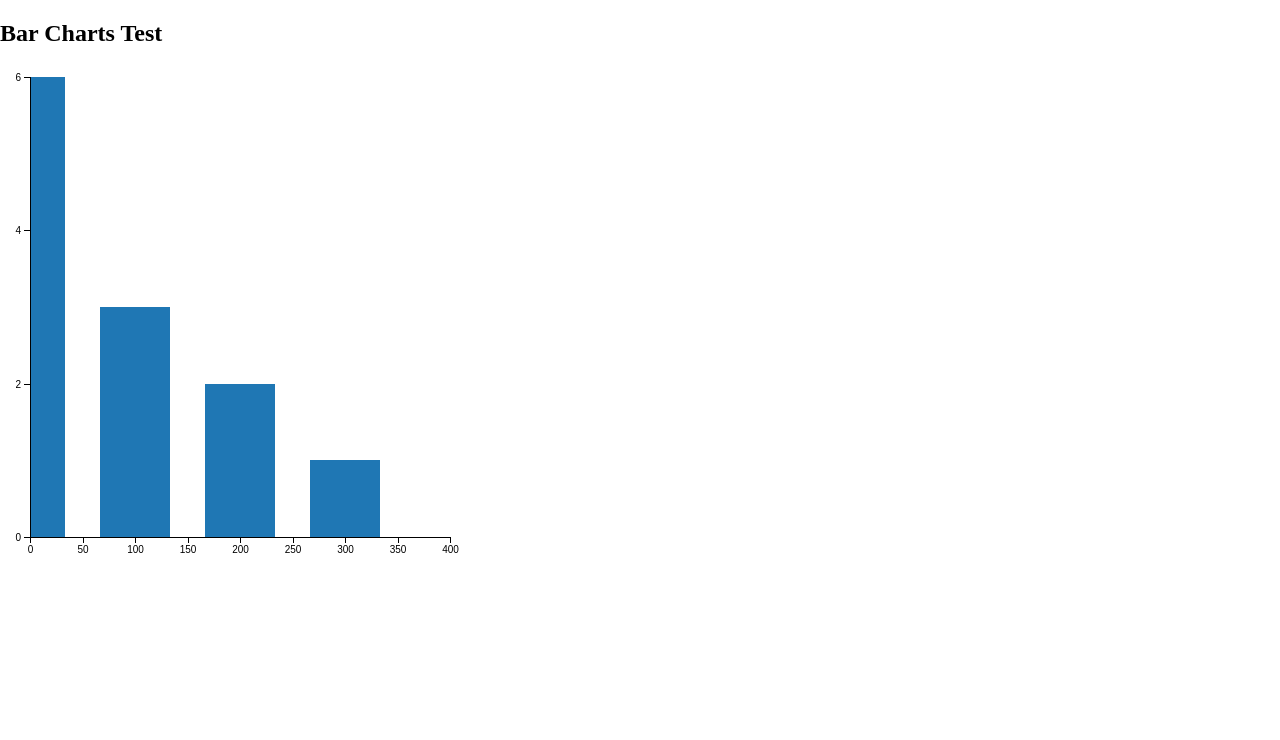
Repository: fLavery/DC.js-Test
Page: index.html
The author's editor kept a record of every edit. The page is drawn from the files as they stood at one moment, then again after the next edit.
The browser window is 1280 px wide. The pictures show the whole page.

Above is the page before.

### index.html
<!DOCTYPE html>
<html lang="en">

<head>
    <meta charset="UTF-8">
    <meta name="viewport" content="width=device-width, initial-scale=1.0">
    <meta http-equiv="X-UA-Compatible" content="ie=edge">
    <title>Bar Chart</title>
    <link rel="stylesheet" href="dc.css" type="text/css" />

    <style>
        body,
        html {
            height: 100%;
            margin: 0;
            padding: 0;
        }

        div {
            -webkit-box-sizing: border-box;
            -moz-box-sizing: border-box;
            box-sizing: border-box;
        }
    </style>
</head>

<body>
    <h2>Bar Charts Test</h2>
    <div id="chart">


    </div>
    <script type="text/javascript" src="d3.js"></script>
    <script type="text/javascript" src="crossfilter.js"></script>
    <script type="text/javascript" src="dc.js"></script>

    <script type="text/javascript">

    //Allows user frindly output of Objects in Console
function print_filter(filter) {
    var f=eval(filter);
    if (typeof(f.length) != "undefined") {}else{}
    if (typeof(f.top) != "undefined") {f=f.top(Infinity);}else{}
    if (typeof(f.dimension) != "undefined") {f=f.dimension(function(d) { return "";}).top(Infinity);}else{}
    console.log(filter+"("+f.length+") = "+JSON.stringify(f).replace("[","[\n\t").replace(/}\,/g,"},\n\t").replace("]","\n]"));
}

   var data = [
  {date: "2011-11-14T16:17:54Z", quantity: 2, total: 190, tip: 100, type: "tab"},
  {date: "2011-11-14T16:20:19Z", quantity: 2, total: 190, tip: 100, type: "tab"},
  {date: "2011-11-14T16:28:54Z", quantity: 1, total: 300, tip: 200, type: "visa"},
  {date: "2011-11-14T16:30:43Z", quantity: 2, total: 90, tip: 0, type: "tab"},
  {date: "2011-11-14T16:48:46Z", quantity: 2, total: 90, tip: 0, type: "tab"},
  {date: "2011-11-14T16:53:41Z", quantity: 2, total: 90, tip: 0, type: "tab"},
  {date: "2011-11-14T16:54:06Z", quantity: 1, total: 100, tip: 0, type: "cash"},
  {date: "2011-11-14T16:58:03Z", quantity: 2, total: 90, tip: 0, type: "tab"},
  {date: "2011-11-14T17:07:21Z", quantity: 2, total: 90, tip: 0, type: "tab"},
  {date: "2011-11-14T17:22:59Z", quantity: 2, total: 90, tip: 0, type: "tab"},
  {date: "2011-11-14T17:25:45Z", quantity: 2, total: 200, tip: 0, type: "cash"},
  {date: "2011-11-14T17:29:52Z", quantity: 1, total: 200, tip: 100, type: "visa"}
]

var facts = crossfilter(data); //filter the data
var typeDimension = facts.dimension(function(d){console.log(d.type); return d.type;});
//access facts with CF dimension and then function which returns objects
var typeGroup = typeDimension.group().reduceSum(function (d){ return d.total;});//reduceSum allows access to all data points

//plot totals instead of types with new dimension (x axis)
var totalDimension = facts.dimension(function(d){return d.total;});
var totalGroup = totalDimension.group(function (d){return Math.floor(d/100)*100;});//function buckets the data (y axis)//Math.floor = round down, MAth.ceiling = round



//Chart settings
dc.barChart("#chart")
    .height(500)
    .width(500)
    //.margins({top:0,bottom:0,right:0,left:0})
    .dimension(totalDimension)
    .group(totalGroup)

    .x(d3.scaleLinear().domain([0,400]))//scaling for non strings
    //.x(d3.scaleOrdinal().domain(['cash','tab','visa'])) //scaling for strings with ordinal
    //.xUnits(dc.units.ordinal) // tell dc its an ordinal scale
    .centerBar(true)//centers bars for linear
    .xUnits(dc.units.fp.precision(100))//fattens up bars for linear scale
    .barPadding(0.5)//inner bar gaps
    .outerPadding(10)//outer padding on bars
    .yAxis().ticks(4);//number of integer marked along the left


    dc.renderAll();//render Chart

    //console.log(data);
   // console.log(facts);
    print_filter("totalGroup");



    </script>
</body>

</html>

### dc.css
.dc-chart path.dc-symbol, .dc-legend g.dc-legend-item.fadeout {
  fill-opacity: 0.5;
  stroke-opacity: 0.5; }

div.dc-chart {
  float: left; }

.dc-chart rect.bar {
  stroke: none;
  cursor: pointer; }
  .dc-chart rect.bar:hover {
    fill-opacity: .5; }

.dc-chart rect.deselected {
  stroke: none;
  fill: #ccc; }

.dc-chart .pie-slice {
  fill: #fff;
  font-size: 12px;
  cursor: pointer; }
  .dc-chart .pie-slice.external {
    fill: #000; }
  .dc-chart .pie-slice :hover, .dc-chart .pie-slice.highlight {
    fill-opacity: .8; }

.dc-chart .pie-path {
  fill: none;
  stroke-width: 2px;
  stroke: #000;
  opacity: 0.4; }

.dc-chart .selected path, .dc-chart .selected circle {
  stroke-width: 3;
  stroke: #ccc;
  fill-opacity: 1; }

.dc-chart .deselected path, .dc-chart .deselected circle {
  stroke: none;
  fill-opacity: .5;
  fill: #ccc; }

.dc-chart .axis path, .dc-chart .axis line {
  fill: none;
  stroke: #000;
  shape-rendering: crispEdges; }

.dc-chart .axis text {
  font: 10px sans-serif; }

.dc-chart .grid-line, .dc-chart .axis .grid-line, .dc-chart .grid-line line, .dc-chart .axis .grid-line line {
  fill: none;
  stroke: #ccc;
  shape-rendering: crispEdges; }

.dc-chart .brush rect.selection {
  fill: #4682b4;
  fill-opacity: .125; }

.dc-chart .brush .custom-brush-handle {
  fill: #eee;
  stroke: #666;
  cursor: ew-resize; }

.dc-chart path.line {
  fill: none;
  stroke-width: 1.5px; }

.dc-chart path.area {
  fill-opacity: .3;
  stroke: none; }

.dc-chart path.highlight {
  stroke-width: 3;
  fill-opacity: 1;
  stroke-opacity: 1; }

.dc-chart g.state {
  cursor: pointer; }
  .dc-chart g.state :hover {
    fill-opacity: .8; }
  .dc-chart g.state path {
    stroke: #fff; }

.dc-chart g.deselected path {
  fill: #808080; }

.dc-chart g.deselected text {
  display: none; }

.dc-chart g.row rect {
  fill-opacity: 0.8;
  cursor: pointer; }
  .dc-chart g.row rect:hover {
    fill-opacity: 0.6; }

.dc-chart g.row text {
  fill: #fff;
  font-size: 12px;
  cursor: pointer; }

.dc-chart g.dc-tooltip path {
  fill: none;
  stroke: #808080;
  stroke-opacity: .8; }

.dc-chart g.county path {
  stroke: #fff;
  fill: none; }

.dc-chart g.debug rect {
  fill: #00f;
  fill-opacity: .2; }

.dc-chart g.axis text {
  -webkit-touch-callout: none;
  -webkit-user-select: none;
  -khtml-user-select: none;
  -moz-user-select: none;
  -ms-user-select: none;
  user-select: none;
  pointer-events: none; }

.dc-chart .node {
  font-size: 0.7em;
  cursor: pointer; }
  .dc-chart .node :hover {
    fill-opacity: .8; }

.dc-chart .bubble {
  stroke: none;
  fill-opacity: 0.6; }

.dc-chart .highlight {
  fill-opacity: 1;
  stroke-opacity: 1; }

.dc-chart .fadeout {
  fill-opacity: 0.2;
  stroke-opacity: 0.2; }

.dc-chart .box text {
  font: 10px sans-serif;
  -webkit-touch-callout: none;
  -webkit-user-select: none;
  -khtml-user-select: none;
  -moz-user-select: none;
  -ms-user-select: none;
  user-select: none;
  pointer-events: none; }

.dc-chart .box line {
  fill: #fff; }

.dc-chart .box rect, .dc-chart .box line, .dc-chart .box circle {
  stroke: #000;
  stroke-width: 1.5px; }

.dc-chart .box .center {
  stroke-dasharray: 3, 3; }

.dc-chart .box .data {
  stroke: none;
  stroke-width: 0px; }

.dc-chart .box .outlier {
  fill: none;
  stroke: #ccc; }

.dc-chart .box .outlierBold {
  fill: red;
  stroke: none; }

.dc-chart .box.deselected {
  opacity: 0.5; }
  .dc-chart .box.deselected .box {
    fill: #ccc; }

.dc-chart .symbol {
  stroke: none; }

.dc-chart .heatmap .box-group.deselected rect {
  stroke: none;
  fill-opacity: 0.5;
  fill: #ccc; }

.dc-chart .heatmap g.axis text {
  pointer-events: all;
  cursor: pointer; }

.dc-chart .empty-chart .pie-slice {
  cursor: default; }
  .dc-chart .empty-chart .pie-slice path {
    fill: #fee;
    cursor: default; }

.dc-data-count {
  float: right;
  margin-top: 15px;
  margin-right: 15px; }
  .dc-data-count .filter-count, .dc-data-count .total-count {
    color: #3182bd;
    font-weight: bold; }

.dc-legend {
  font-size: 11px; }
  .dc-legend .dc-legend-item {
    cursor: pointer; }

.dc-hard .number-display {
  float: none; }

div.dc-html-legend {
  overflow-y: auto;
  overflow-x: hidden;
  height: inherit;
  float: right;
  padding-right: 2px; }
  div.dc-html-legend .dc-legend-item-horizontal {
    display: inline-block;
    margin-left: 5px;
    margin-right: 5px;
    cursor: pointer; }
    div.dc-html-legend .dc-legend-item-horizontal.selected {
      background-color: #3182bd;
      color: white; }
  div.dc-html-legend .dc-legend-item-vertical {
    display: block;
    margin-top: 5px;
    padding-top: 1px;
    padding-bottom: 1px;
    cursor: pointer; }
    div.dc-html-legend .dc-legend-item-vertical.selected {
      background-color: #3182bd;
      color: white; }
  div.dc-html-legend .dc-legend-item-color {
    display: table-cell;
    width: 12px;
    height: 12px; }
  div.dc-html-legend .dc-legend-item-label {
    line-height: 12px;
    display: table-cell;
    vertical-align: middle;
    padding-left: 3px;
    padding-right: 3px;
    font-size: 0.75em; }

.dc-html-legend-container {
  height: inherit; }

Loaded but not shown: d3.js (library); dc.js (library); crossfilter.js (3167 lines, source omitted)

After the next edit:
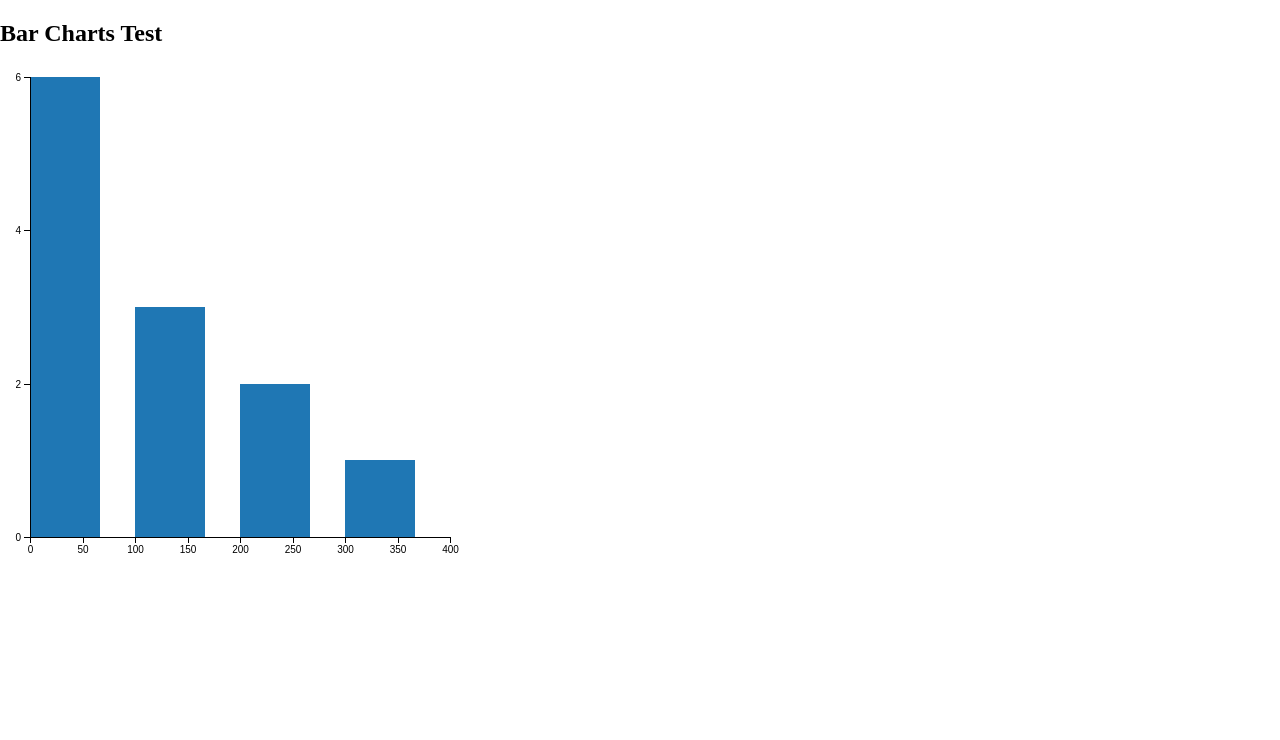
The edit:
--- a/index.html
+++ b/index.html
@@ -82,7 +82,7 @@
     .x(d3.scaleLinear().domain([0,400]))//scaling for non strings
     //.x(d3.scaleOrdinal().domain(['cash','tab','visa'])) //scaling for strings with ordinal
     //.xUnits(dc.units.ordinal) // tell dc its an ordinal scale
-    .centerBar(true)//centers bars for linear
+    //.centerBar(true)//centers bars for linear
     .xUnits(dc.units.fp.precision(100))//fattens up bars for linear scale
     .barPadding(0.5)//inner bar gaps
     .outerPadding(10)//outer padding on bars
